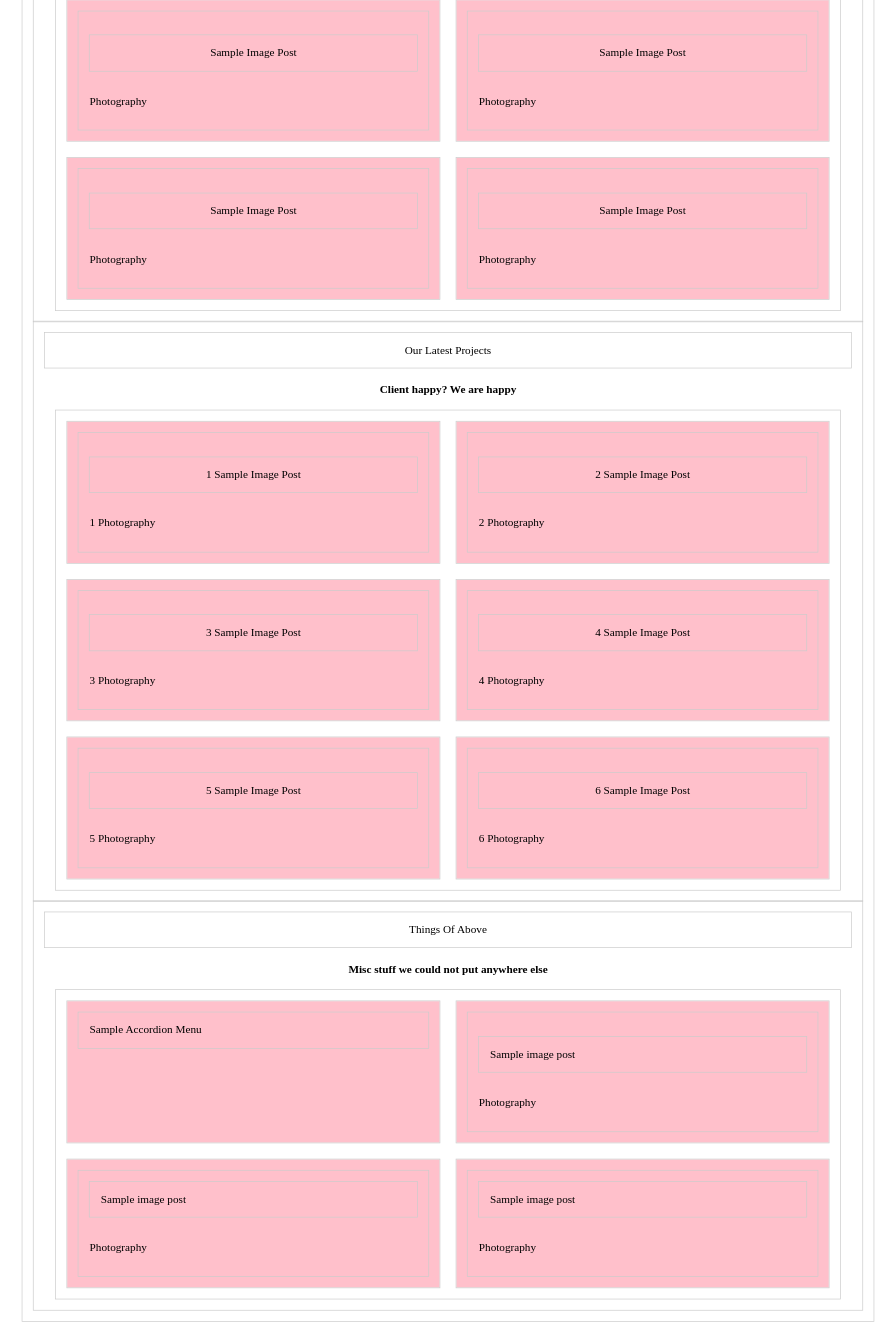
Repository: kionale/Project1_Lab3_ResponsiveLayout
Page: index.html
These files come from the project's save history. The page is drawn as it stood at one moment and after the next save; the edit follows.
The browser window is 1280 px wide. The pictures show the part of the page from y = 1195 to 3115 px (the page is 3115 px tall), at 70% of full size.

Above is the page before, as saved 2023-01-25 23:17:37.

### index.html
<!doctype html>
<html class="no-js" lang="">

<head>
  <meta charset="utf-8">
  <title></title>
  <meta name="description" content="">
  <meta name="viewport" content="width=device-width, initial-scale=1">

  <meta property="og:title" content="">
  <meta property="og:type" content="">
  <meta property="og:url" content="">
  <meta property="og:image" content="">

  <link rel="manifest" href="site.webmanifest">
  <link rel="apple-touch-icon" href="icon.png">
  <!-- Place favicon.ico in the root directory -->

  <link rel="stylesheet" href="css/normalize.css">
  <link rel="stylesheet" href="css/main.css">

  <meta name="theme-color" content="#fafafa">
</head>


<body class="page page-home">
  <header class="header page__header">
    <div class="row">
      <h1>Metrolics</h1>
      <a href=""><img src=""></a>
      <nav class="navbar-links">
        <ul>
          <a href="#">
            <li>Home</li>
          </a>
          <a href="">
            <li>Home</li>
          </a>
          <a href="">
            <li>Pages</li>
          </a>
          <a href="">
            <li>Blog</li>
          </a>
          <a href="">
            <li>Portfolio</li>
          </a>
          <a href="">
            <li>Home</li>
          </a>
        </ul>
      </nav>
    </div>

  </header>

  <div class="page__slider">
    <div class="row slides">
      <img src="" alt="">
    </div>
  </div>
  </div>

  <div class="page__intro">
    <h1 class="header page__heading">
      Hey guys! This is the <span>Metrolics</span> theme.<br>
      It sports a responsive layout with a mobile layout.
    </h1>
    <div class="subheading page_subheading">
      <h3>
        Things That We do
      </h3>
      <h5>Ask us what we can do for you</h5>

    </div>
    <div class="feature__service">
      <div class="row m-col-2 l-col-4">
        <div class="col">
          <img class="feature__servic__images" src="" alt="">
          <h4 class="heading feature__servic__title">Web Solution</h4>
          <p class="feature__servic__content">
            bbbhhha
          </p>
        </div>
        <div class="col">
          <img class="feature__servic__images" src="" alt="">
          <h4 class="heading feature__servic__title"></h4>
          <p class="feature__servic__content">
            bbbhhha
          </p>
        </div>
        <div class="col">
          <img class="feature__servic__images" src="" alt="">
          <h4 class="heading feature__servic__title"></h4>
          <p class="feature__servic__content">
            bbbhhha
          </p>
        </div>
        <div class="col">
          <img class="feature__servic__images" src="" alt="">
          <h4 class="heading feature__servic__title"></h4>
          <p class="feature__servic__content">
            bbbhhha
          </p>
        </div>


      </div>
    </div>
  </div>

  <!-- Main content starts here -->
  <main class="page__main">
    <section class="recent__work">
      <header class="header post__header">What's up lately?</header>
      <h4 class="subheading">Read up on our latest work</h4>
      <div class="row m-col-2 l-col-3">
        <div class="col">
          <div>
            <img src="" alt="">
            <header class="header recent__work__title">Sample image post</header><br>
            <p>Photography</p>
          </div>
        </div>
        <div class="col">
          <div>
            <img src="" alt="">
            <header class="header recent__work__title">Sample image post</header><br>
            <p>Photography</p>
          </div>
        </div>
        <div class="col">
          <div>
            <img src="" alt="">
            <header class="header recent__work__title">Sample image post</header><br>
            <p>Photography</p>
          </div>
        </div>
        <div class="col">
          <div>
            <img src="" alt="">
            <header class="header recent__work__title">Sample image post</header><br>
            <p>Photography</p>
          </div>
        </div>
      </div>
    </section>
    <!-- Our Latest Projests -->
    <section class="latest__projects">
      <header class="header latest__projects__header">Our Latest Projects</header>
      <h4 class="subheading">Client happy? We are happy</h4>
      <div class="row_two m-col-2 l-col-3">
        <div class="col">
          <div>
            <img src="" alt="">
            <header class="header latest__project__title">1 Sample image post</header><br>
            <p>1 Photography</p>
          </div>
        </div>
        <div class="col">
          <div>
            <img src="" alt="">
            <header class="header latest__project__title">2 Sample image post</header><br>
            <p>2 Photography</p>
          </div>
        </div>
        <div class="col">
          <div>
            <img src="" alt="">
            <header class="header latest__project__title">3 Sample image post</header><br>
            <p>3 Photography</p>
          </div>
        </div>
        <div class="col">
          <div>
            <img src="" alt="">
            <header class="header latest__project__title">4 Sample image post</header><br>
            <p>4 Photography</p>
          </div>
        </div>
        <div class="col">
          <div>
            <img src="" alt="">
            <header class="header latest__project__title">5 Sample image post</header><br>
            <p>5 Photography</p>
          </div>
        </div>
        <div class="col">
          <div>
            <img src="" alt="">
            <header class="header latest__project__title">6 Sample image post</header><br>
            <p>6 Photography</p>
          </div>
        </div>
      </div>
    </section>
    <!--Things of Above-->
    <section class="things__of__above">
      <header class="header things__header">Things of above</header>
      <h4 class="subheading">Misc stuff we could not put anywhere else</h4>
      <div class="row m-col-2 l-col-3">
        <div class="col sample__menu">
          <header class="recent__work__title">Sample Accordion Menu</header>
        </div>
        <div class="col">
          <div>
            <img src="" alt="">
            <header class="recent__work__title">Sample image post</header><br>
            <p>Photography</p>
          </div>
        </div>
        <div class="col">
          <div>
            <header class="recent__work__title">Sample image post</header><br>
            <p>Photography</p>
          </div>
        </div>
        <div class="col">
          <div>
            <header class="recent__work__title">Sample image post</header><br>
            <p>Photography</p>
          </div>
        </div>

      </div>
    </section>
  </main>


  <script src="js/vendor/modernizr-3.11.2.min.js"></script>
  <script src="js/plugins.js"></script>
  <script src="js/main.js"></script>

  <!-- Google Analytics: change UA-XXXXX-Y to be your site's ID. -->
  <script>
    window.ga = function () { ga.q.push(arguments) }; ga.q = []; ga.l = +new Date;
    ga('create', 'UA-XXXXX-Y', 'auto'); ga('set', 'anonymizeIp', true); ga('set', 'transport', 'beacon'); ga('send', 'pageview')
  </script>
  <script src="https://www.google-analytics.com/analytics.js" async></script>
</body>

</html>

### css/main.css
::-moz-selection {
  background: #b3d4fc;
  text-shadow: none;
}

::selection {
  background: #b3d4fc;
  text-shadow: none;
}

/*
 * A better looking default horizontal rule
 */

hr {
  display: block;
  height: 1px;
  border: 0;
  border-top: 1px solid #ccc;
  margin: 1em 0;
  padding: 0;
}

audio,
canvas,
iframe,
img,
svg,
video {
  vertical-align: middle;
}

/*
 * Remove default fieldset styles.
 */

fieldset {
  border: 0;
  margin: 0;
  padding: 0;
}

/*
 * Allow only vertical resizing of textareas.
 */

textarea {
  resize: vertical;
}

*,
*::before,
*::after {
  box-sizing: border-box;
}

div,
main,
section,
header,
footer {
  outline: 1px solid #ccc;
  min-height: 1rem;
  padding: 1rem;
}

.page {
  margin: 0 auto;
  padding: 2rem;
}

.header {
  text-transform: capitalize;
  text-align: center;
}

.subheading {
  text-align: center;
}

ul,
li {
  padding: 0;
  margin: 0;
  list-style: none;
}

.row {
  display: grid;
  row-gap: 1rem;
}

.row_two {
  display: grid;
  row-gap: 1rem;
}

.col {
  position: relative;
  background-color: pink;
}

/* medium screens and up  */
@media screen and (min-width: 40em) {
  .row {
    max-width: 70rem;
    column-gap: 1.5rem;
    row-gap: 1.5rem;
    margin: 0 auto;
  }

  .row_two {
    max-width: 70rem;
    column-gap: 1.5rem;
    row-gap: 1.5rem;
    margin: 0 auto;
  }

  .m-col-2 {
    grid-template-columns: 1fr 1fr;
  }

}


.examples {
  display: flex;
  justify-content: space-around;
}

.sample__menu {
  padding: none;
}

### js/plugins.js
// Avoid `console` errors in browsers that lack a console.
(function() {
  var method;
  var noop = function () {};
  var methods = [
    'assert', 'clear', 'count', 'debug', 'dir', 'dirxml', 'error',
    'exception', 'group', 'groupCollapsed', 'groupEnd', 'info', 'log',
    'markTimeline', 'profile', 'profileEnd', 'table', 'time', 'timeEnd',
    'timeline', 'timelineEnd', 'timeStamp', 'trace', 'warn'
  ];
  var length = methods.length;
  var console = (window.console = window.console || {});

  while (length--) {
    method = methods[length];

    // Only stub undefined methods.
    if (!console[method]) {
      console[method] = noop;
    }
  }
}());

// Place any jQuery/helper plugins in here.

Loaded but not shown: css/normalize.css (library); js/vendor/modernizr-3.11.2.min.js (library); js/main.js (no stored copy; drawn as an empty file)

After the next save:
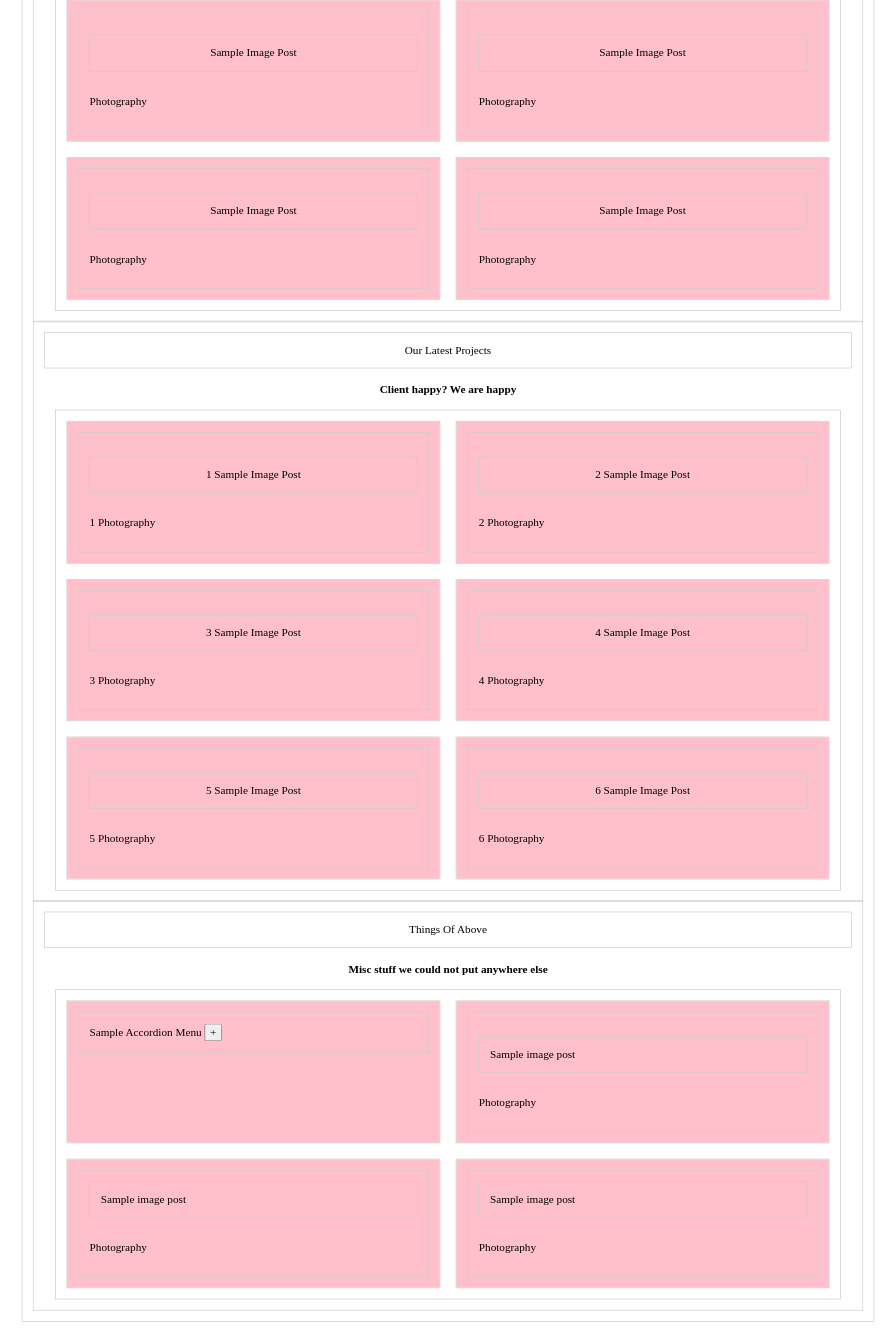
Saved 5 min 47 s later.
--- a/index.html
+++ b/index.html
@@ -199,8 +199,10 @@
       <header class="header things__header">Things of above</header>
       <h4 class="subheading">Misc stuff we could not put anywhere else</h4>
       <div class="row m-col-2 l-col-3">
-        <div class="col sample__menu">
-          <header class="recent__work__title">Sample Accordion Menu</header>
+        <div class="col">
+          <div class="sample__menu recent__work__title">Sample Accordion Menu
+            <button>+</button>
+          </div>
         </div>
         <div class="col">
           <div>
